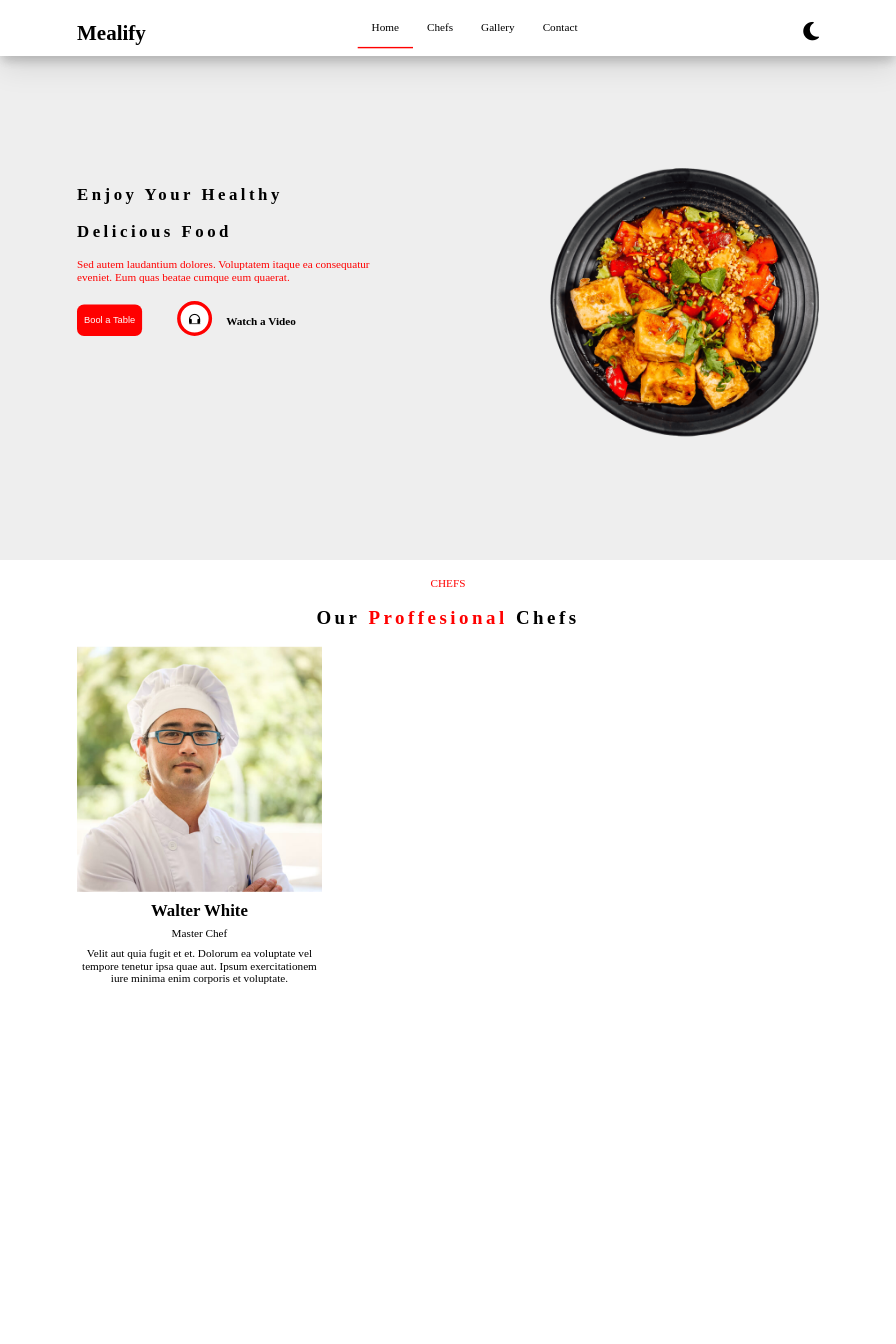
Repository: Ahmedalid/New-project
Page: Rout/index.html
The author's editor kept a copy of each file at every save. The page is drawn from the files as they stood at one save, then again after the next save.
The browser window is 1280 px wide. The pictures show the part of the page from y = 0 to 1920 px (the page is 5000 px tall), at 70% of full size.
The pointer rests on the first visible `.card-img`.

Above is the page before, as saved 2023-06-08 11:06:31.

After the next save:
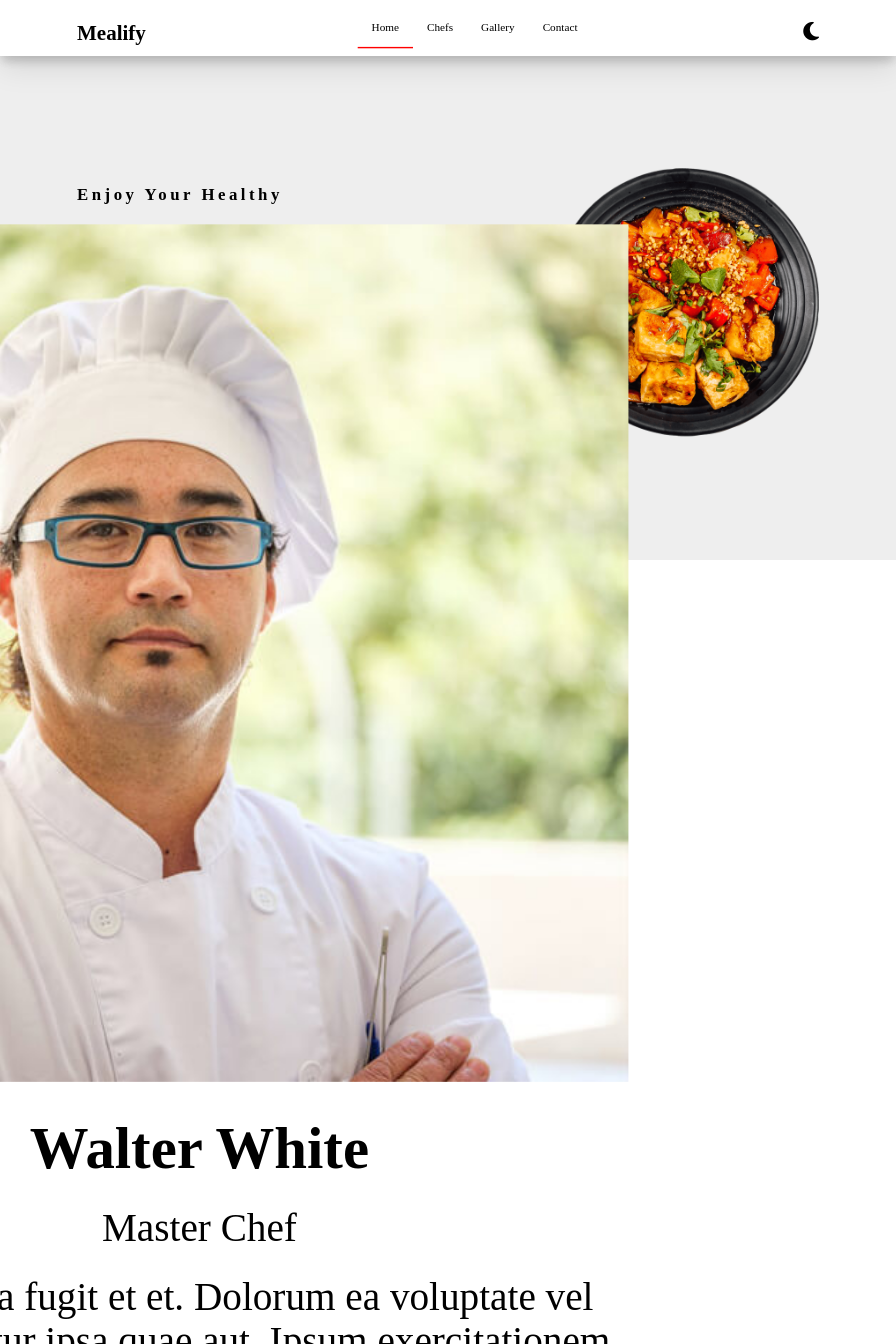
Saved 12 s later.
--- a/Rout/css/style.css
+++ b/Rout/css/style.css
@@ -146,7 +146,7 @@ img{
     font-weight:bold;
 }
 .card-img:hover{
-    transform: scale(3.5 , 3.5s);
+    transform: scale(3.5 , 3.5);
     cursor: pointer;
     transition: 0.5s;
 }
